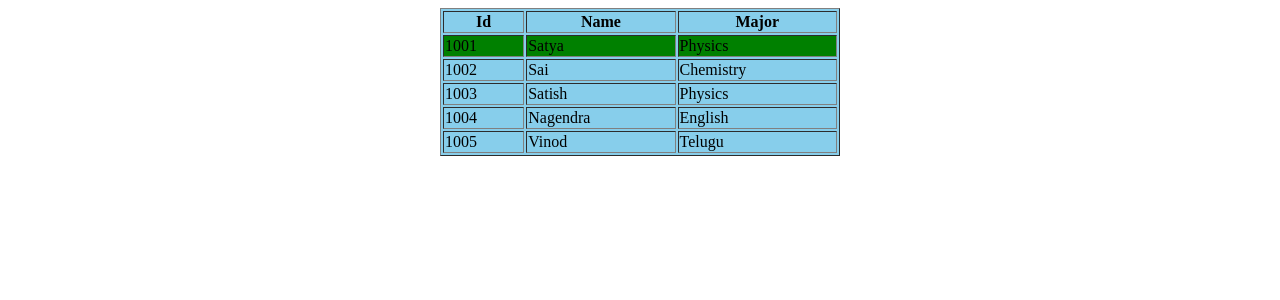
Repository: 1919satya/Mode2
Page: sample/sample/WebContent/table.html
The author's editor kept a copy of each file at every save. The page is drawn from the files as they stood at one save, then again after the next save.
The browser window is 1280 px wide. The pictures show the whole page.

Above is the page before, as saved 2019-10-10 12:51:13.

### sample/sample/WebContent/table.html
<!DOCTYPE html>
<html>
<head>
<meta charset="ISO-8859-1">
<title>Insert title here</title>
</head>
<body>
<form action="">
 <table border="1" align="center" width="400" bgcolor="skyblue">

 <tr>

    <th>Id</th>
    <th>Name</th>
    <th>Major</th>
 </tr>
 <tr bgcolor="green">

    <td>1001</td>
    <td>Satya</td>
    <td>Physics</td>
 </tr>
   <tr>

    <td>1002</td>
    <td>Sai</td>
    <td>Chemistry</td>
 </tr>
 <tr>

    <td>1003</td>
    <td>Satish</td>
    <td>Physics</td>
 </tr>
 <tr>

    <td>1004</td>
    <td>Nagendra</td>
    <td>English</td>
 </tr>
 <tr>

    <td>1005</td>
    <td>Vinod</td>
    <td>Telugu</td>
 </tr>

 </table>
</form>
</body>
</html>

After the next save:
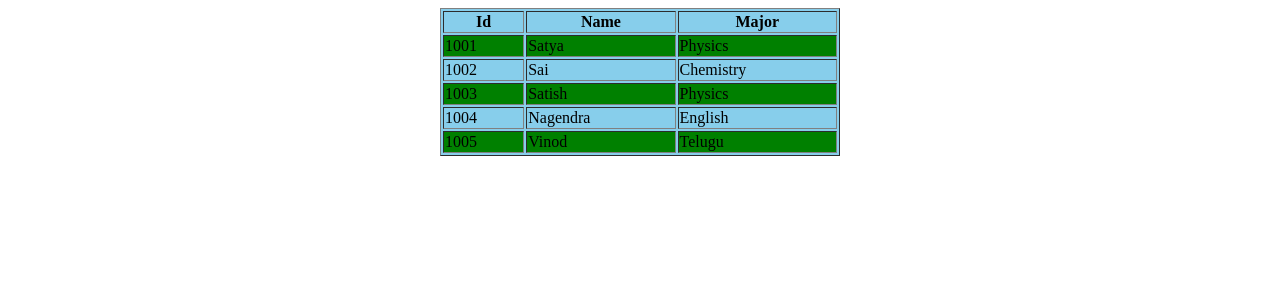
Saved 42 s later.
--- a/sample/sample/WebContent/table.html
+++ b/sample/sample/WebContent/table.html
@@ -26,7 +26,7 @@
     <td>Sai</td>
     <td>Chemistry</td>
  </tr>
- <tr>
+ <tr bgcolor="green">
 
     <td>1003</td>
     <td>Satish</td>
@@ -38,7 +38,7 @@
     <td>Nagendra</td>
     <td>English</td>
  </tr>
- <tr>
+ <tr bgcolor="green">
 
     <td>1005</td>
     <td>Vinod</td>
